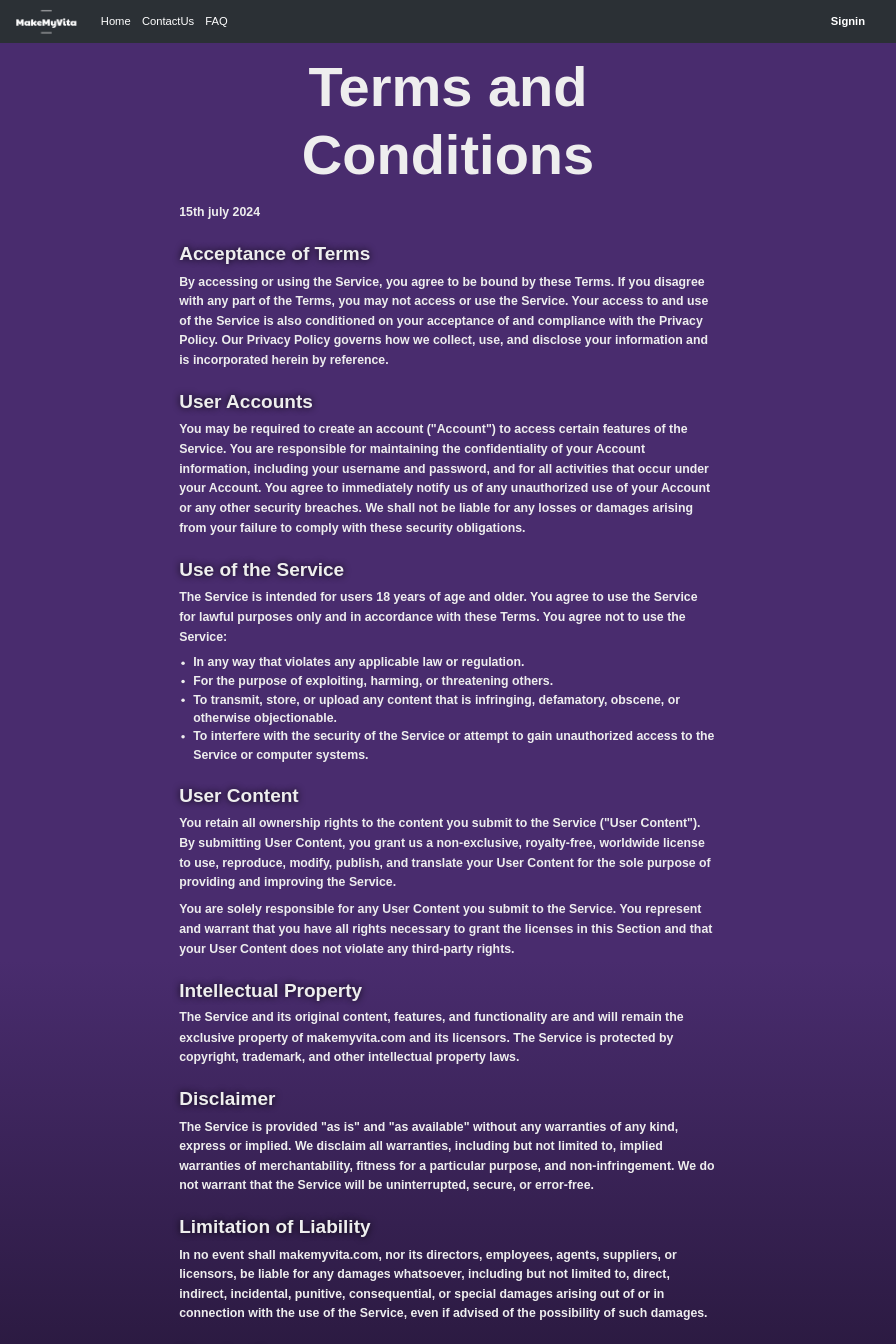
Repository: Tejaakshaykumar/MakeMyVita-Resume-Builder-Website
Page: /T&C (app in frontend/)
The author's editor kept a copy of each file at every save. The page is drawn from the files as they stood at one save, then again after a run of saves.
The browser window is 1280 px wide. The pictures show the part of the page from y = 0 to 1920 px (the page is 2936 px tall), at 70% of full size.
Some web libraries are served in a nearby version. The project was rebuilt for these pictures with package versions that can differ from the ones it lists, and the page was loaded fresh each time. Also part of the build but not shown: frontend/src/App.css, frontend/src/containers/About.js, frontend/src/containers/Buildresume.js, frontend/src/containers/Images.js, frontend/src/containers/Features.js, frontend/src/containers/Review.js, frontend/src/containers/Trybox.js, frontend/src/containers/Motionbox.js and 5 more.

Above is the page before, as saved 2024-06-10 11:51:49.

### frontend/public/index.html
<!DOCTYPE html>
<html lang="en">
  <head>
    <meta charset="utf-8" />
    <link rel="icon" href="%PUBLIC_URL%/favicon.ico" />
    <meta name="viewport" content="width=device-width, initial-scale=1" />
    <meta name="theme-color" content="#000000" />
    <meta
      name="description"
      content="Web site created using create-react-app"
    />
    <link rel="apple-touch-icon" href="%PUBLIC_URL%/logo192.png" />
    <!--
      manifest.json provides metadata used when your web app is installed on a
      user's mobile device or desktop. See https://developers.google.com/web/fundamentals/web-app-manifest/
    -->
    <link rel="manifest" href="%PUBLIC_URL%/manifest.json" />
    <link rel="stylesheet" href="https://stackpath.bootstrapcdn.com/bootstrap/4.5.2/css/bootstrap.min.css">
  <link rel="stylesheet" href="https://stackpath.bootstrapcdn.com/font-awesome/4.7.0/css/font-awesome.min.css">
  <link href="https://cdn.jsdelivr.net/npm/bootstrap@5.3.3/dist/css/bootstrap.min.css" rel="stylesheet" integrity="sha384-QWTKZyjpPEjISv5WaRU9OFeRpok6YctnYmDr5pNlyT2bRjXh0JMhjY6hW+ALEwIH" crossorigin="anonymous">
  <link href="https://cdn.jsdelivr.net/npm/bootstrap-icons@1.7.2/font/bootstrap-icons.css" rel="stylesheet">
    <!--
      Notice the use of %PUBLIC_URL% in the tags above.
      It will be replaced with the URL of the `public` folder during the build.
      Only files inside the `public` folder can be referenced from the HTML.

      Unlike "/favicon.ico" or "favicon.ico", "%PUBLIC_URL%/favicon.ico" will
      work correctly both with client-side routing and a non-root public URL.
      Learn how to configure a non-root public URL by running `npm run build`.
    -->
    <title>React App</title>
  </head>
  <body>
    <noscript>You need to enable JavaScript to run this app.</noscript>
    <div id="root"></div>
    <!--
      This HTML file is a template.
      If you open it directly in the browser, you will see an empty page.

      You can add webfonts, meta tags, or analytics to this file.
      The build step will place the bundled scripts into the <body> tag.

      To begin the development, run `npm start` or `yarn start`.
      To create a production bundle, use `npm run build` or `yarn build`.
    -->
  </body>
  <script src="https://cdn.jsdelivr.net/npm/bootstrap@5.3.3/dist/js/bootstrap.bundle.min.js" integrity="sha384-YvpcrYf0tY3lHB60NNkmXc5s9fDVZLESaAA55NDzOxhy9GkcIdslK1eN7N6jIeHz" crossorigin="anonymous"></script>
</html>

### frontend/src/containers/Navbar.js
import React from 'react';
import { useNavigate } from 'react-router-dom';
import logo from '../images/HubSpot Brand Kit/Logo/PNG/main-logo-white-transparent.png';
export default function Navbar() {
  const navigate = useNavigate();
  const handleSigninClick = () => {
    navigate('/signin');
  };
  return (
    <div>

      <nav className="navbar fixed-top navbar-expand-lg bg-body-tertiary" data-bs-theme="dark" >
      <div className="container-fluid" >
        <a className="navbar-brand" href="/">
        <img src={logo} alt="Logo" style={{height:'5vh',width:'15vh',objectFit:'cover'}} />
        </a>
        <button
          className="navbar-toggler"
          type="button"
          data-bs-toggle="collapse"
          data-bs-target="#navbarSupportedContent"
          aria-controls="navbarSupportedContent"
          aria-expanded="false"
          aria-label="Toggle navigation"
        >
          <span className="navbar-toggler-icon" />
        </button>
        <div className="collapse navbar-collapse" id="navbarSupportedContent">
          <ul className="navbar-nav me-auto mb-2 mb-lg-0">
            <li className="nav-item">
              <a className="nav-link active" aria-current="page" href="/">
                Home
              </a>
            </li>
            <li className="nav-item">
              <a className="nav-link active" aria-current="page" href="#">
                ContactUs
              </a>
            </li>
            <li className="nav-item">
              <a className="nav-link active" aria-current="page" href="/FAQ">
                FAQ
              </a>
            </li>
          </ul>
          <form className="d-flex">
            <button className=" btn btn-outline-success custom-btn" type="submit" onClick={handleSigninClick}>
            &nbsp;&nbsp;&nbsp;&nbsp;&nbsp;Signin&nbsp;&nbsp;&nbsp;&nbsp;&nbsp;
            </button>
          </form>
        </div>
      </div>
    </nav>

    </div>
  );
}

### frontend/src/containers/Foot.js
import React from 'react';
import './cont.css'; // Import the CSS file

export default function Foot() {
  return (
    <footer>
      <div className="footer-container ">
        <ul className="footer-nav">
        <li className="nav-item">
            <a className="nav-link" href="/aboutus">
              ABOUT US
            </a>
          </li>
          <>|</>
          <li className="nav-item">
            <a className="nav-link" href="/T&C">
              TERMS & CONDITIONS
            </a>
          </li>
          <>|</>
        <li className="nav-item">
            <a className="nav-link" href="/privacy">
              PRIVACY POLICY
            </a>
          </li>
          <>|</>
          <li className="nav-item">
            <a className="nav-link" href="#">
              CONTACT US
            </a>
          </li>
          <>|</>
          <li className="nav-item">
            <a className="nav-link" href="/FAQ">
              FAQs
            </a>
          </li>
        </ul>
        <div class="social-icons">
        <a href="https://www.facebook.com" target="_blank" aria-label="Facebook">
          <i class="bi bi-facebook"></i>
        </a>
        <a href="https://www.instagram.com" target="_blank" aria-label="Instagram">
          <i class="bi bi-instagram"></i>
        </a>
        <a href="https://www.pinterest.com" target="_blank" aria-label="Pinterest">
          <i class="bi bi-pinterest"></i>
        </a>
        <a href="https://www.youtube.com" target="_blank" aria-label="YouTube">
          <i class="bi bi-youtube"></i>
        </a>
        <a href="https://www.linkedin.com" target="_blank" aria-label="LinkedIn">
          <i class="bi bi-linkedin"></i>
        </a>
        <a href="https://www.twitter.com" target="_blank" aria-label="Twitter">
          <i class="bi bi-twitter"></i>
        </a>
      </div>
      <div className="footer-copy">
          &copy; 2024 developed by Teja Akshay Kumar
      </div>
      </div>
    </footer>
  );
}

### frontend/src/containers/cont.css
/* navbar */
.custom-btn {
  color: white;
}
.custom-btn:hover {
  color: black;
  background-color: white;
}

.footer-container {
  height: 25vh;
  width: 100%;
  background-color: rgb(0, 0, 0);
  color: white;
  display: flex;
  flex-direction: column;
  align-items: center;
  /* padding-bottom: 3%; */
  /* justify-content: center; */
}

.footer-nav {
  display: flex;
  list-style: none;
  padding-top: 30px;
  margin: 0;
}

.footer-nav .nav-item {
  margin: 0 50px;
}

.footer-nav .nav-item .nav-link {
  color: white;
  text-decoration: none;
  /* text-transform: uppercase; */
  /* text-decoration: underline; */
}

.footer-nav .nav-item .nav-link:hover {
  text-decoration: underline;
}

.footer-copy {
  /* padding-top: 5%; */
  text-align: center;
  font-size: large;
  font-weight: 500;
  /* padding-bottom: 3%; */
}

.social-icons {
  display: flex;
  justify-content: center;
  gap: 40px;
  padding: 40px;
  /* background-color: #f0f0f0; */
}

.social-icons a {
  color: #ffffff;
  font-size: 24px;
  text-decoration: none;
}

.social-icons a:hover {
  color: #007bff;
}

/* Features */

.feature-component {
  height: 90vh;
  width: 100%;
  display: flex;
  justify-content: flex-start;
  flex-wrap: wrap;
  margin-top: 10%;
  padding-left: 8%;
  padding-right: 8%;
}
.feature {
  flex: 1 1 30%;
  box-sizing: border-box;
  padding: 20px;
  margin: 10px;
  text-align: center;
  background-color: #fff;
  border-radius: 8px;
  /* box-shadow: 0 4px 8px rgba(0, 0, 0, 0.1); */
}

.feature img {
  width: 60px;
  height:80px;
  margin-bottom: 10px;
}

.feature h3 {
  font-size: 1.5em;
  margin-bottom: 10px;
  font-weight: 500;
  font-family:'Franklin Gothic Medium', 'Arial Narrow', Arial, sans-serif;
}

.feature p {
  font-size: 1.3em;
  color: #666;
  font-weight: 400;
  font-family: 'Gill Sans', 'Gill Sans MT', Calibri, 'Trebuchet MS', sans-serif;
}

.feature:hover {
  background: linear-gradient(to right, #fd4908, #1e90ff);
  box-shadow: black;
  border-radius: 5%;
  color: rgb(255, 255, 255);
}

.feature:hover h3,
.feature:hover p {
  color: rgb(255, 255, 255);
}

/* About */
.resume-builder-container {
  display: flex;
  flex-direction: row;
  justify-content: space-between;
  align-items: center;
  padding: 10vh;
  /* background-color: #fff; */
  background: linear-gradient(to right, #84eefc, #ffffff, #ffffff);
  /* background:linear-gradient(to left, #00e1ff,#ffffff, #ffffff); */
  /* border: 1px solid #ddd; */
  /* border-radius: 8px; */
  /* box-shadow: 0 2px 4px rgba(0, 0, 0, 0.1); */
  height: 80vh;
}

.resume-builder-container1 {
  display: flex;
  flex-direction: row;
  justify-content: space-between;
  align-items: center;
  padding: 10vh;
  height: 80vh;
  background: linear-gradient(to top, #ffffff, #59CE8F,#E8F9FD, #ffffff);
}

/* .resume-builder-image {
    -webkit-mask-image: radial-gradient(circle, rgba(0, 0, 0, 1) 50%, rgba(0, 0, 0, 0) 90%);
    mask-image: radial-gradient(circle, rgba(0, 0, 0, 1) 50%, rgba(0, 0, 0, 0) 90%);
  }
   */
.resume-builder-content {
  max-width: 60%;
  padding: 10%;
}

.resume-builder-content1 {
  max-width: 70%;
  padding: 10%;
}

.resume-builder-content h1 {
  font-size: 4em;
  color: #333;
  margin-bottom: 10px;
  font-family: "Franklin Gothic Medium", "Arial Narrow", Arial, sans-serif;
  text-align: left;
}

.resume-builder-content p {
  font-size: 1.4em;
  font-weight: 400;
  color: #666;
  line-height: 1.5;
  margin-bottom: 20px;
  /* padding-left: 2%; */
  /* text-align: center; */
}

.resume-builder-content1 h1 {
  font-size: 4em;
  color: #333;
  margin-bottom: 10px;
  font-family: "Franklin Gothic Medium", "Arial Narrow", Arial, sans-serif;
  text-align: left;
}

.resume-builder-content1 p {
  font-size: 1.4em;
  font-weight: 400;
  color: #666;
  line-height: 1.5;
  margin-bottom: 20px;
  /* padding-left: 2%; */
  /* text-align: center; */
}

.aboutbutton {
  height: 6vh;
  width: 27%;
  margin-left: 20%;
  margin-top: 2%;
  text-align: center;
  font-weight: 500;
  border-radius: 7px;
  color: #ffffff;
  font-weight: 700;
  transition: background 0.3s ease;
  /* border-style:solid; */
  border-color: white;
  background: #3e14fc;
  box-shadow: 0 2px 6px rgba(24, 23, 23, 0.801);
  /* box-shadow: #3e14fc; */
}
.aboutbutton:hover {
  transition: background 0.3s ease;
  border-style: solid;
  background: linear-gradient(to right, #ffd000, #ff0000);
  box-shadow: #3e14fc;
}

.create-now-button {
  background-color: #00b0ff;
  color: #fff;
  border: none;
  padding: 10px 20px;
  font-size: 1em;
  border-radius: 5px;
  cursor: pointer;
}

.create-now-button:hover {
  background-color: #008cba;
}

.resume-builder-image {
  max-width: 40%;
}

.resume-builder-image img {
  max-width: 100%;
  height: auto;
  border-radius: 8px;
}

.text-gradient {
  background: linear-gradient(to right, #ff7f50, #1e90ff);
  -webkit-background-clip: text;
  -webkit-text-fill-color: transparent;
  background-clip: text;
  color: transparent;
}

.icon-container {
  width: 100%;
  height: 100px;
  overflow: hidden;
  white-space: nowrap;
  position: relative;
  background-color: #ffffff;
  padding-bottom: 25px;
}

.icons {
  display: inline-block;
  animation: moveIcons 40s linear infinite;
}

.icons img {
  font-size: 24px;
  margin: 0 15px; /* Add some margin between icons */
  color: #333;
  /* width: 100px; Adjust the size as needed */
  height: 50px;
}

@keyframes moveIcons {
  0% {
    transform: translateX(70%);
  }
  100% {
    transform: translateX(-100%);
  }
}

.try {
  height: 30vh;
  width: 100%;
  background-image: url("C:/Users/tejaa/Downloads/pexels-magda-ehlers-pexels-1279813.jpg");
  background-size: cover;
  align-items: center;
  display: flex;
  flex-direction: column;
  justify-content: center;
  margin-bottom: 7vh;
  margin-top: 5vh;
}

.try h2 {
  font-size: 280%;
  color: antiquewhite;
  text-shadow: 5px 5px 3px rgba(0, 0, 0, 0.3);
}
.try button {
  height: 4vh;
  width: 15%;
  font-weight: 700;
  border-radius: 5cm;
  color: blanchedalmond;
  border: #ffffff;
  background: linear-gradient(to right, #fd0808, #a51eff);
}

/* Review */
/* Styles for the main container */
/* Swiper specific styles */
/* #App {
  height: 100%;
}
html,
body {
  position: relative;
  height: 100%;
}

body {
  background: #eee;
  font-family: Helvetica Neue, Helvetica, Arial, sans-serif;
  font-size: 14px;
  color: #000;
  margin: 0;
  padding: 0;
} */
.swiper-container {
  /* position: relative; */
  height: 30vh;
  background: #ffffff;
  font-family: Helvetica Neue, Helvetica, Arial, sans-serif;
  font-size: 14px;
  color: #000;
  margin: 30px;
  padding: 10px;
  display: flex;
  flex-direction: row;
  justify-content: center;
}

.swiper {
  width: 100%;
  height: 100%;
}

.swiper-slide {
  text-align: center;
  font-size: 18px;
  background: #ffffff;
  display: flex;
  justify-content: center;
  align-items: center;
  padding-top: 20%;
  /* margin: 5%; */
}

.swiper-slide img {
  display: block;
  width: 100%;
  height: 100%;
  object-fit: cover;
}

.autoplay-progress {
  position: absolute;
  right: 16px;
  bottom: 16px;
  z-index: 10;
  width: 48px;
  height: 48px;
  display: flex;
  align-items: center;
  justify-content: center;
  font-weight: bold;
  color: var(--swiper-theme-color);
}

.autoplay-progress svg {
  --progress: 0;
  position: absolute;
  left: 0;
  top: 0px;
  z-index: 10;
  width: 100%;
  height: 100%;
  stroke-width: 4px;
  stroke: var(--swiper-theme-color);
  fill: none;
  stroke-dashoffset: calc(125.6px * (1 - var(--progress)));
  stroke-dasharray: 125.6;
  transform: rotate(-90deg);
}

### frontend/src/pages/pagestyles.css
/* TandC */

.tandc-container {
    max-width: 100%;
    /* margin: 0 auto; */
    padding: 6% 20%;
    font-family: Arial, sans-serif;
    background: linear-gradient(to top,rgb(0, 0, 0),rgb(73, 44, 110),rgb(73, 44, 110));
    /* color: #333; */
    color:#eee;
    /* margin-top: 7%; */
    margin-bottom: -2%;

  }

  .tandc-container h1 {
    text-align: center;
    margin-bottom: 20px;
    font-weight: 700;
    color: #eee;
    font-size: 5rem;
  }

  .tandc-container h2 {
    margin-top: 30px;
    color: #eee;
    font-weight: 700;
    font-size: 1.7rem;
    text-shadow: 0px 0px 10px rgba(0, 0, 0, 0.884);
  }

  .tandc-container p {
    line-height: 1.6;
    font-weight: 600;
    font-size: 1.1rem;
  }

  .tandc-container ul {
    list-style-type: disc;
    padding-left: 20px;
    font-weight: 600;
    font-size: 1.1rem;
  }

  .tandc-container a {
    color: #1a73e8;
    text-decoration: none;
  }

  .tandc-container a:hover {
    text-decoration: underline;
  }


  /* Privacy */
  .privacy-container {
    max-width: 800px;
    margin: 0 auto;
    padding: 20px;
    font-family: 'Arial', sans-serif;
    color: #333;
    line-height: 1.6;
    background-color: #fff;
    border-radius: 8px;
    box-shadow: 0 0 10px rgba(0, 0, 0, 0.1);
  }

  h1 {
    text-align: center;
    color: #333;
    font-size: 2.5rem;
    margin-bottom: 20px;
  }

  h2 {
    color: #444;
    font-size: 1.75rem;
    margin-top: 20px;
  }

  h3 {
    color: #555;
    font-size: 1.5rem;
    margin-top: 15px;
  }

  p {
    margin-bottom: 10px;
  }

  ul {
    list-style-type: disc;
    padding-left: 20px;
  }

  a {
    color: #1a73e8;
    text-decoration: none;
  }

  a:hover {
    text-decoration: underline;
  }

  @media (max-width: 600px) {
    .privacy-container {
      padding: 10px;
    }

    h1 {
      font-size: 2rem;
    }

    h2 {
      font-size: 1.5rem;
    }

    h3 {
      font-size: 1.25rem;
    }
  }

  /* Aboutus */
  .about-container {
    font-family: 'Arial', sans-serif;
    color: #fff;
    max-width: 1200px;
    margin: 0 auto;
    padding: 20px;
    background-color: #000; /* For overall contrast, adjust as needed */
  }

  .about-top {
    position: relative;
    text-align: center;
    color: white;
  }

  .about-image {
    width: 100%;
    height: auto;
    border-radius: 10px;
    opacity: 0.8;
  }

  .about-content {
    position: absolute;
    top: 50%;
    left: 50%;
    transform: translate(-50%, -50%);
    background-color: rgba(0, 0, 0, 0.5); /* Semi-transparent background */
    padding: 20px;
    border-radius: 10px;
    max-width: 90%;
    text-align: left;
  }

  .about-content h1 {
    font-size: 3rem;
    margin-bottom: 10px;
  }

  .about-content p {
    font-size: 1.2rem;
  }

  .about-bottom {
    background-color: #222;
    padding: 40px;
    border-radius: 10px;
    margin-top: 20px;
  }

  .about-bottom h2 {
    font-size: 2rem;
    margin-bottom: 20px;
  }

  .about-bottom p,
  .about-bottom ul {
    font-size: 1.2rem;
    line-height: 1.6;
  }

  .about-bottom ul {
    list-style-type: disc;
    padding-left: 20px;
  }

  .about-bottom h3 {
    font-size: 1.5rem;
    margin-top: 20px;
  }

  @media (max-width: 768px) {
    .about-content h1 {
      font-size: 2rem;
    }

    .about-content p {
      font-size: 1rem;
    }

    .about-bottom h2 {
      font-size: 1.5rem;
    }

    .about-bottom p,
    .about-bottom ul {
      font-size: 1rem;
    }
  }

  /* FAQ */
  /* styles.css */

/* body, html {
  margin: 0;
  padding: 0;
  font-family: Arial, sans-serif;
  background-color: #f7f7f7;
}

.app {
  display: flex;
  justify-content: center;
  align-items: center;
  min-height: 100vh;
  padding: 20px;
} */

.faq-container {
  background-color: white;
  padding: 20px;
  border-radius: 8px;
  max-width: 800px;
  width: 100%;
  box-shadow: 0 4px 8px rgba(0, 0, 0, 0.1);
}

.faq-container h1 {
  text-align: center;
  margin-bottom: 20px;
}

.faq-container input {
  width: 100%;
  padding: 10px;
  margin-bottom: 20px;
  border: 1px solid #ccc;
  border-radius: 4px;
}

.faq-list {
  max-height: 500px;
  overflow-y: auto;
}

.faq-item {
  border-bottom: 1px solid #eee;
  padding: 10px 0;
}

.faq-question {
  cursor: pointer;
  font-weight: bold;
}

.faq-answer {
  margin-top: 10px;
}

.related-articles {
  margin-top: 10px;
}

.related-articles h4 {
  margin-bottom: 5px;
}

.related-articles ul {
  padding-left: 20px;
  margin: 0;
}

.related-articles li {
  list-style-type: disc;
}



  /* Dashboard */
  body {
    font-family: Arial, sans-serif;
  }

  .sidebar {
    position: fixed;
    top: 0;
    bottom: 0;
    left: 0;
    z-index: 100;
    padding: 48px 0 0;
    box-shadow: inset -1px 0 0 rgba(0, 0, 0, .1);
  }

  .sidebar .nav-link {
    font-weight: 500;
    color: #333;
  }

  .sidebar .nav-link.active {
    color: #007bff;
  }

  .sidebar .nav-link:hover {
    color: #007bff;
  }

  .sidebar .sidebar-title {
    padding: 16px;
    font-size: 1.5rem;
    text-align: center;
  }

  .sidebar-footer {
    position: absolute;
    bottom: 0;
    width: 100%;
    padding: 16px;
    text-align: center;
  }

  .sidebar-footer .nav-link {
    color: #007bff;
  }

  .sidebar-footer .nav-link:hover {
    color: #0056b3;
  }

  .badge-new {
    background-color: #28a745;
    color: white;
    padding: 4px 8px;
    border-radius: 12px;
  }

  .card {
    margin-bottom: 1.5rem;
  }

  .card-title {
    font-size: 1.5rem;
    font-weight: bold;
  }

  .alert {
    margin-bottom: 0;
    font-size: 0.875rem;
  }

  @media (max-width: 767.98px) {
    .sidebar {
      position: relative;
      width: 100%;
      height: auto;
    }

    .sidebar .nav-link {
      font-size: 0.875rem;
    }
  }


  /* Signin */


  .signin {
    /* background: linear-gradient(45deg, #a1c4fd, #c2e9fb); */
    font-family: 'Arial', sans-serif;
    /* background:linear-gradient(to top,#000000,#5A72A0,#83B4FF,#FDFFE2); */
    background:linear-gradient(to top,#000000,#243763);
    /* background:linear-gradient(to top,#000000,#E96479,#F5E9CF,#c4fffd); */

    height: 100vh;
    display: flex;
    justify-content: center;
    align-items: center;
    margin-bottom: -2%;
  }

  .signin-container {
    text-align: center;

  }

  .signin-box {
    background: #fff;
    padding: 40px;
    border-radius: 8px;
    box-shadow: 0px 0px 20px rgba(0, 0, 0, 0.301);
    width: 500px;
    max-width: 90%;
  }

  .signin-header h2 {
    font-size: 24px;
    font-weight: 700;
    margin-bottom: 10px;
  }

  .signin-header p {
    font-size: 14px;
    color: #777;
    margin-bottom: 20px;
  }

  .form-group {
    margin-bottom: 15px;
  }

  .form-group label {
    display: block;
    text-align: left;
    margin-bottom: 5px;
  }

  .form-control {
    width: 100%;
    padding: 10px;
    border: 1px solid #ccc;
    border-radius: 4px;
    box-sizing: border-box;
  }

  .input-group {
    display: flex;
    align-items: center;
  }

  .input-group-append {
    background: #fff;
    border: 1px solid #ccc;
    border-left: 0;
    padding: 10px;
    border-radius: 0 4px 4px 0;
    cursor: pointer;
  }

  .form-check {
    display: flex;
    align-items: center;
    justify-content: space-between;
    margin: 20px 0;
  }

  .form-check-input {
    margin-right: 10px;
  }

  .form-check-label {
    margin-right: auto;
  }

  .forgot-password {
    color: #000;
    text-decoration: none;
  }

  .btn {
    width: 100%;
    padding: 10px;
    border: none;
    border-radius: 4px;
    cursor: pointer;
    font-size: 16px;
    font-weight: bold;
  }

  .btn-primary {
    background: #000;
    color: #fff;
  }

  .or-use {
    margin: 20px 0;
  }

  .or-use span {
    background: #fff;
    padding: 0 10px;
    color: #777;
  }

  .social-login {
    display: flex;
    justify-content: center;
    margin: 20px 0;
  }

  .social-login button {
    margin: 0 10px;
    width: 50px;
    height: 50px;
    border-radius: 50%;
    border: 1px solid #ccc;
    display: inline-flex;
    justify-content: center;
    align-items: center;
    background: #fff;
    cursor: pointer;
  }

  footer {
    margin-top: 20px;
  }

  footer p {
    font-size: 14px;
    color: #777;
  }

Loaded but not shown: frontend/src/index.js (common file); frontend/src/index.css (common file); frontend/src/reportWebVitals.js (common file); frontend/src/pages/TandC.js (106 lines, source omitted); frontend/src/App.js (99 lines, source omitted)

After the next 2 saves:
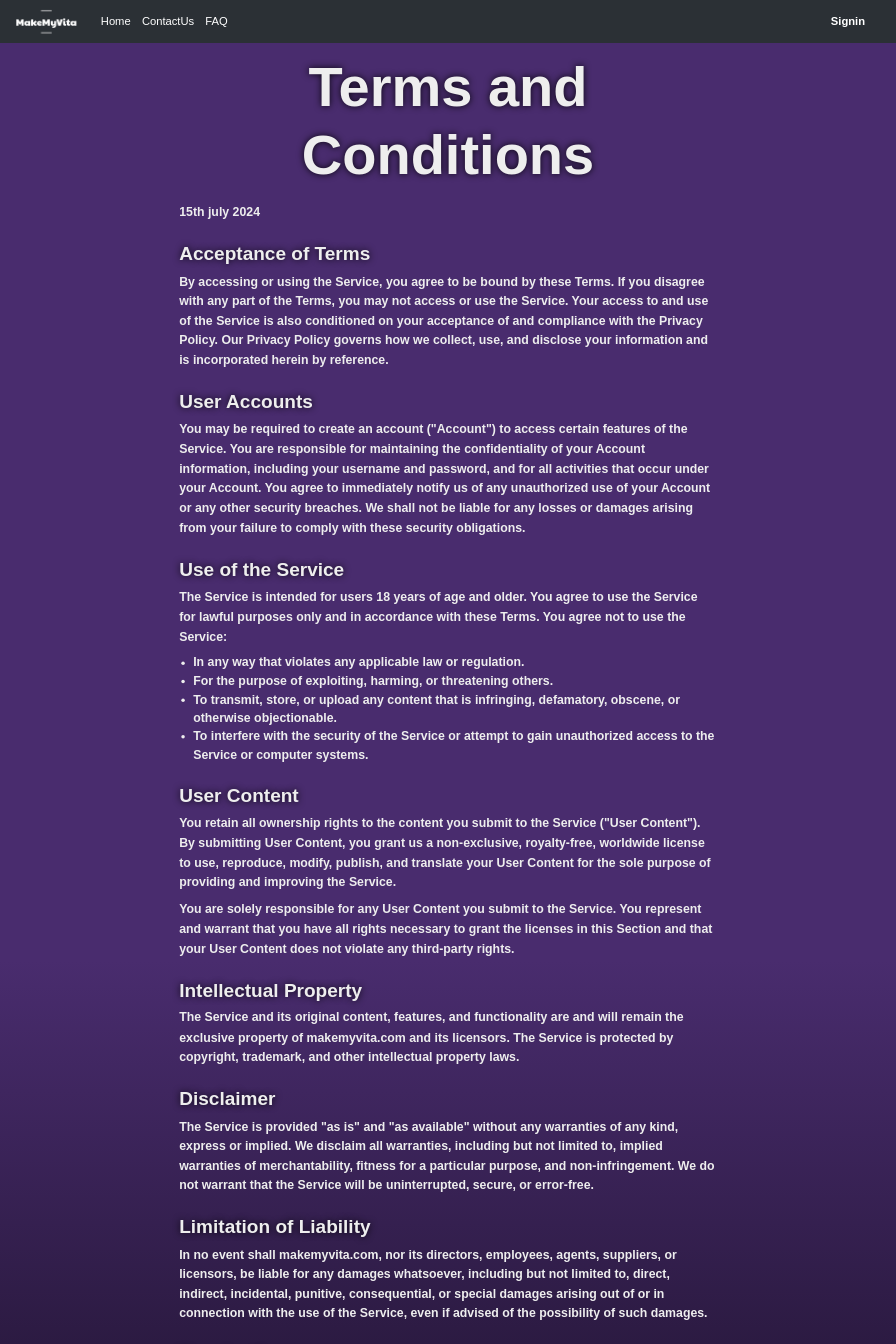
The 2 saves are shown as one change because they came seconds apart.
The last was saved 13 s later.
--- a/frontend/src/pages/pagestyles.css
+++ b/frontend/src/pages/pagestyles.css
@@ -19,6 +19,7 @@
     font-weight: 700;
     color: #eee;
     font-size: 5rem;
+    text-shadow: 0px 0px 10px rgba(0, 0, 0, 0.884);
   }
 
   .tandc-container h2 {
